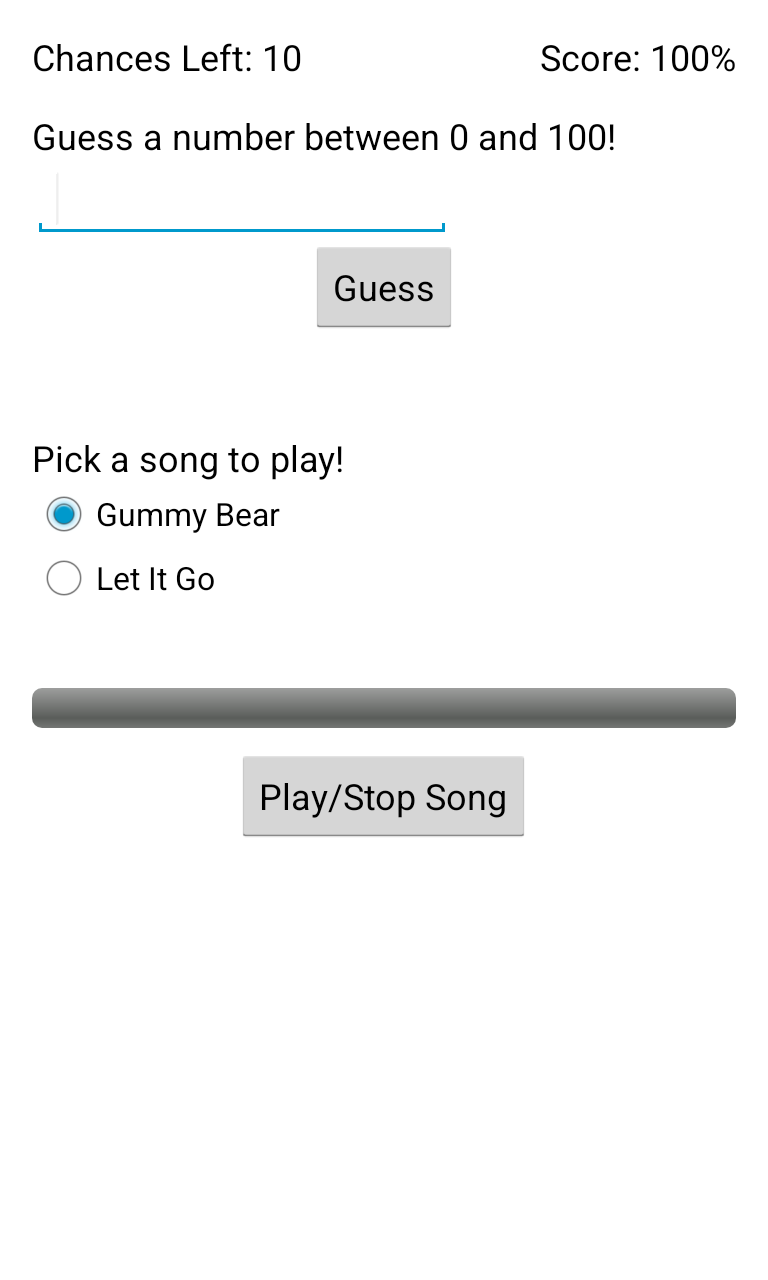
Repository: lethe13/AndroidProgramming
Layout: COMP304-Group1-MicroProject4/res/layout/activity_ggplay_music_progress_bar.xml
An editor plug-in stored every save of this project. The layout is shown before and after the next save, followed by the edit.
It is drawn on a 768 x 1280 px phone screen (xhdpi) without system bars, with theme AppTheme; the app's code is not run.

Above is the layout before, as saved 2015-11-04 03:04:17.

After the next save:
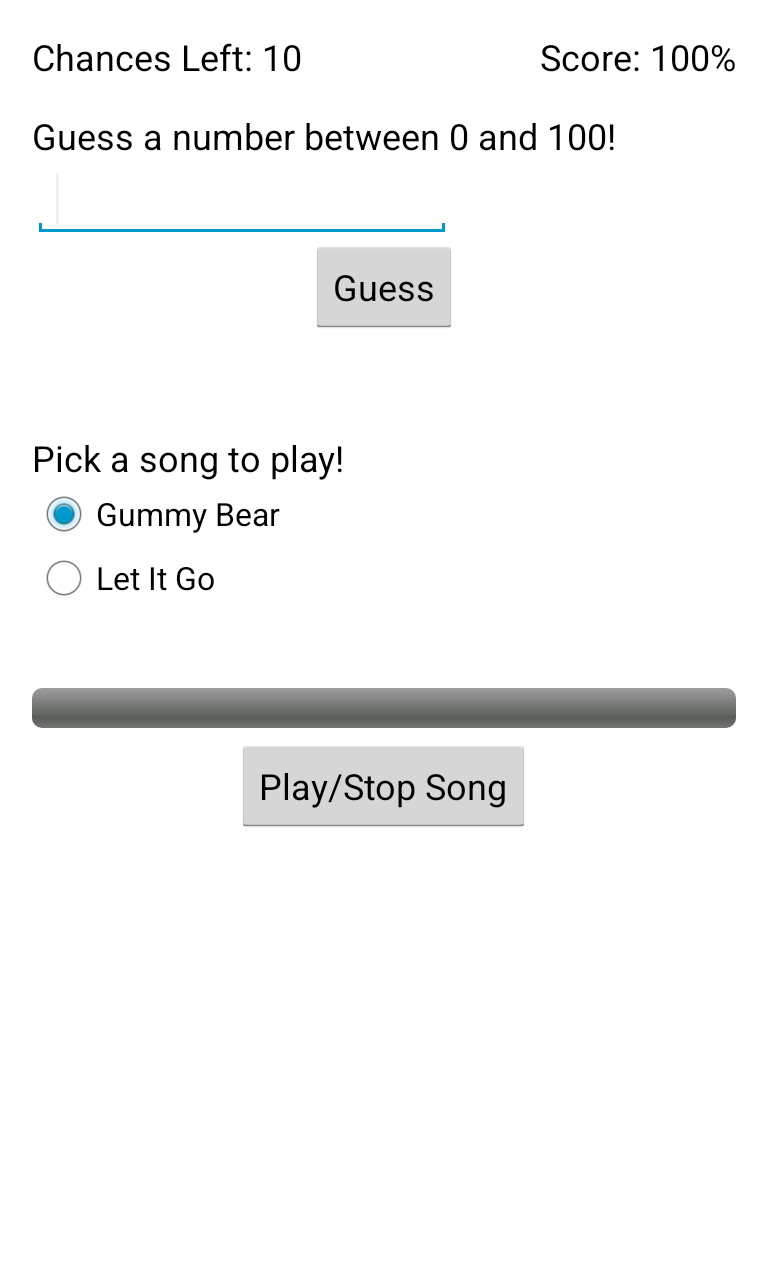
Saved 30 s later.
--- a/COMP304-Group1-MicroProject4/res/layout/activity_ggplay_music_progress_bar.xml
+++ b/COMP304-Group1-MicroProject4/res/layout/activity_ggplay_music_progress_bar.xml
@@ -113,7 +113,7 @@
         android:id="@+id/btnStop"
         android:layout_width="wrap_content"
         android:layout_height="wrap_content"
-        android:layout_marginTop="10dp"
+        android:layout_marginTop="5dp"
         android:layout_centerHorizontal="true"
         android:layout_below="@+id/pbProgress"
         android:text="Play/Stop Song" />
